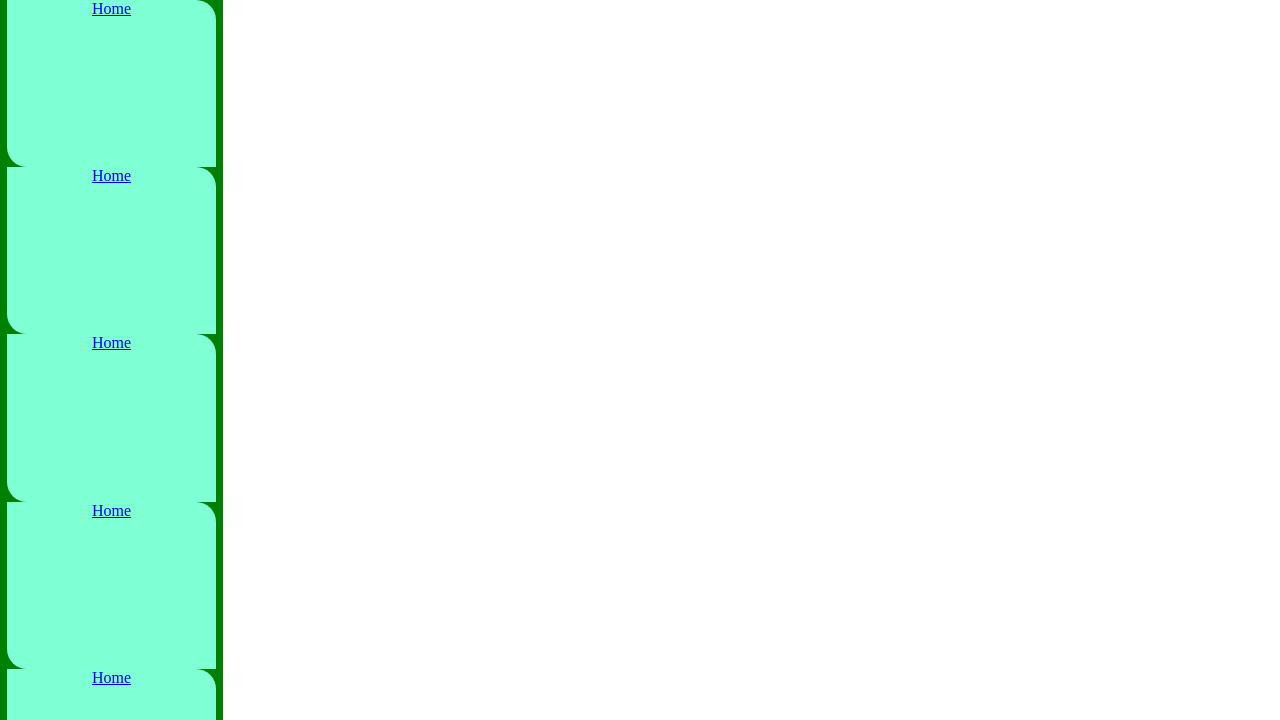
Repository: Tahaa2t/Researchers
Page: /
An editor plug-in stored every save of this project. The page is shown before and after the next save, followed by the edit.
The browser window is 1280 px wide. The pictures show the whole page.
The project was rebuilt for these pictures with package versions that can differ from the ones it lists, and the page was loaded fresh each time. Also part of the build but not shown: src/Components/loginform.js, src/Components/HomePage.js.

Above is the page before, as saved 2023-07-05 20:37:32.

After the next save:
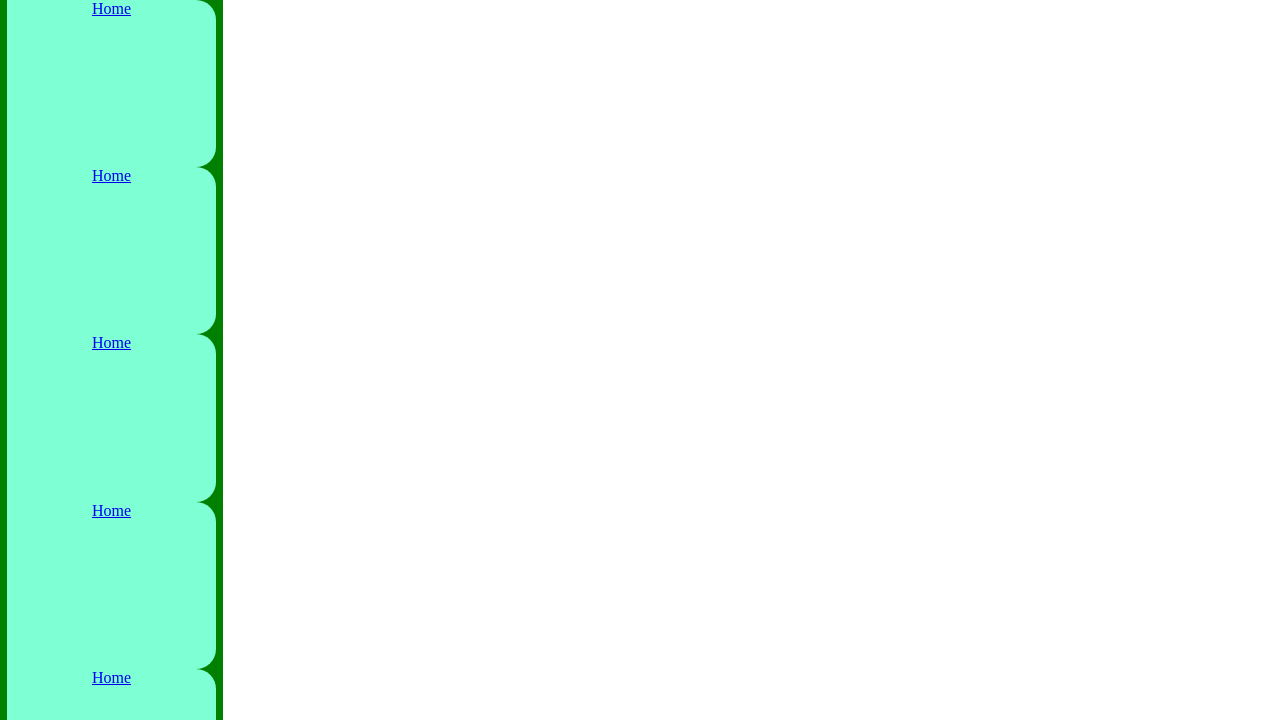
Saved 15 s later.
--- a/src/Components/css/navbarstyle.css
+++ b/src/Components/css/navbarstyle.css
@@ -16,7 +16,7 @@ nav {
 .btn {
   background-color: aquamarine;
   width: 94%;
-  border-radius: 0px 20px 0px 20px;
+  border-radius: 0px 20px 20px 0px;
   /* height: 10px; */
   /* margin: 4px;  */
   display: flex;
